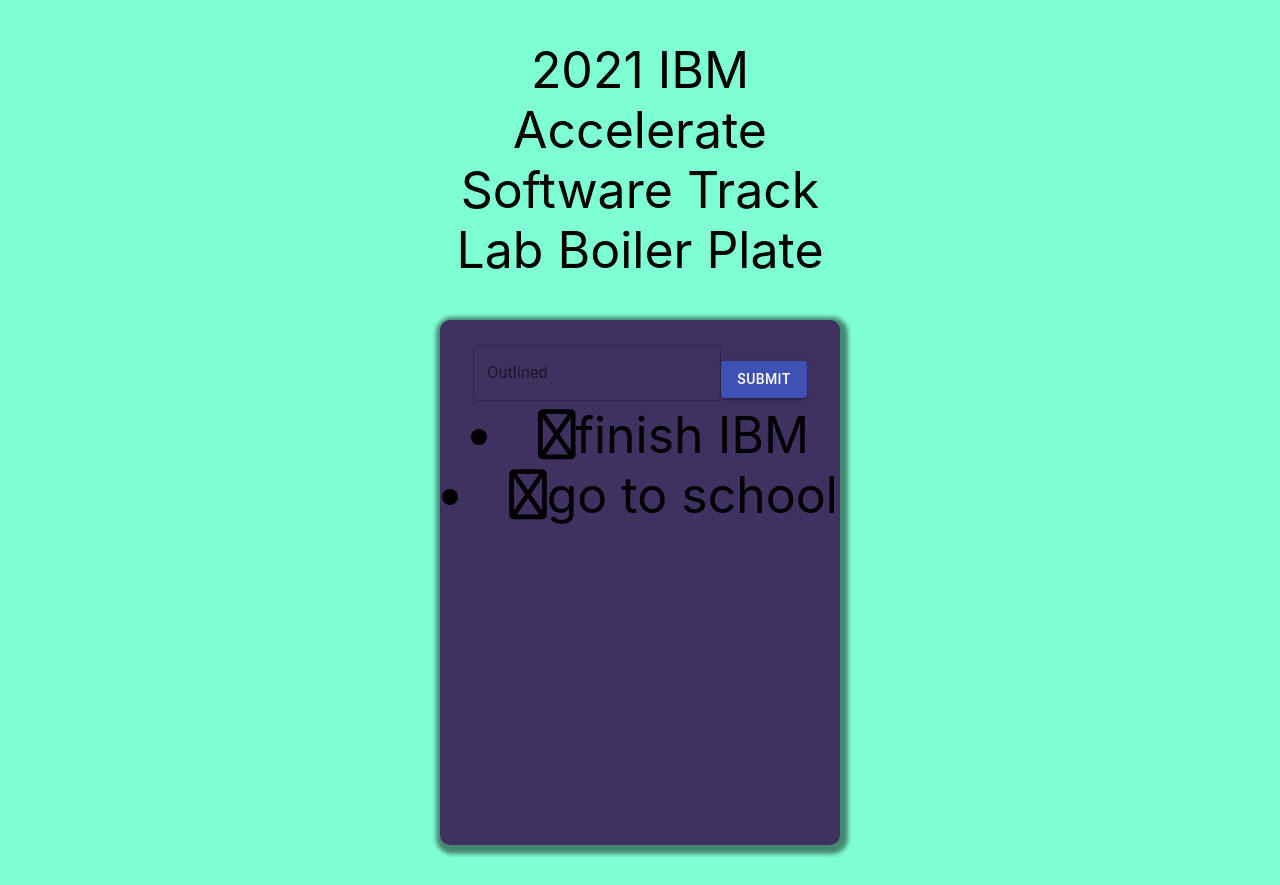
Repository: 2021-IBM-Accelerate-SW-Track/lab-1-team-34
Page: /
The author's editor kept a copy of each file at every save. The page is drawn from the files as they stood at one save, then again after the next save.
The browser window is 1280 px wide. The pictures show the whole page.
Some web libraries are served in a nearby version. The project was rebuilt for these pictures with package versions that can differ from the ones it lists, and the page was loaded fresh each time.

Above is the page before, as saved 2021-06-13 16:49:14.

After the next save:
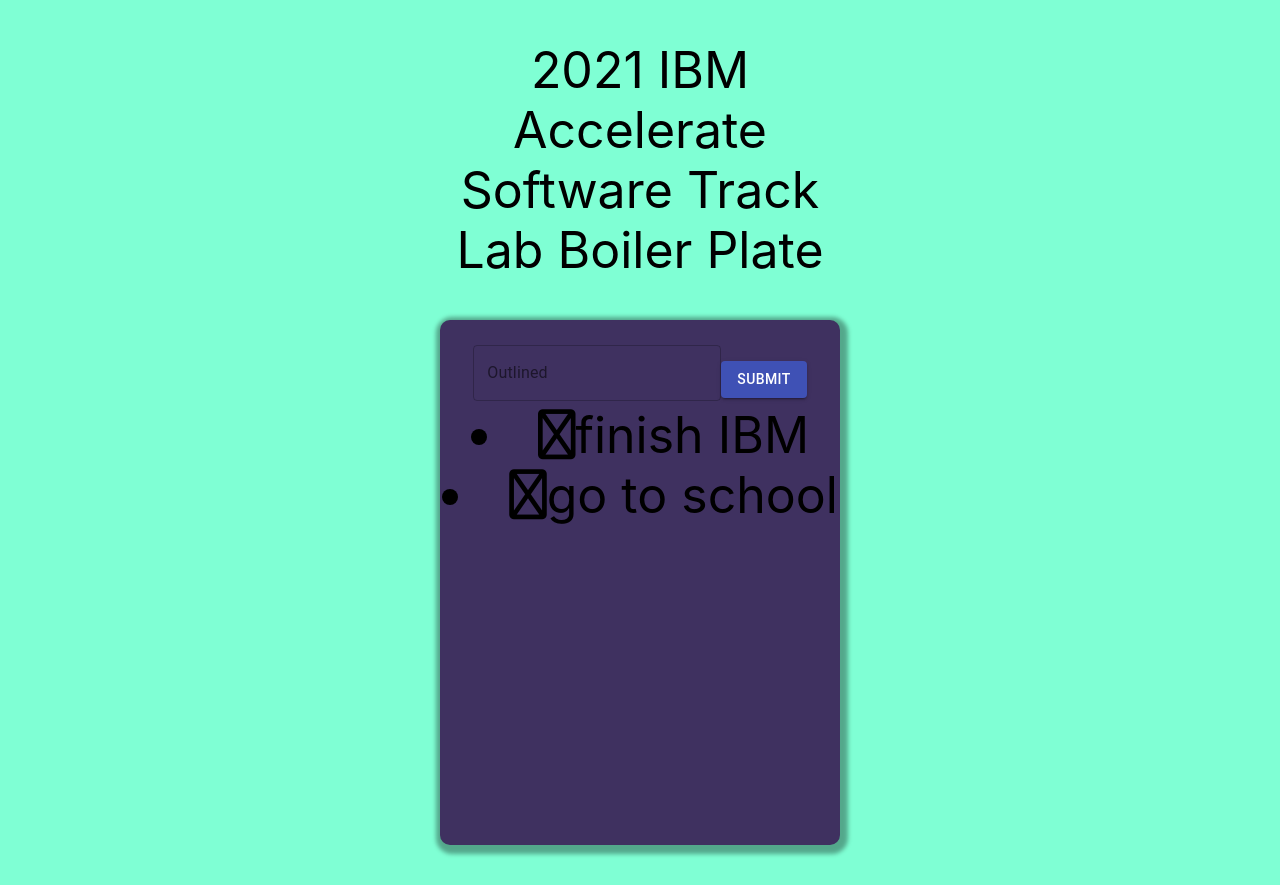
Saved 7 s later.
--- a/src/component/Input/input.css
+++ b/src/component/Input/input.css
@@ -5,7 +5,7 @@
   margin: 40px auto;
   padding-top: 25px;
   border-radius: 10px;
-  box-shadow: 2px 3px 4px 6px #00000077;
+  box-shadow: 2px 3px 4px 6px #00000057;
 }
 .inputtext {
   background-color: #ffffff;
